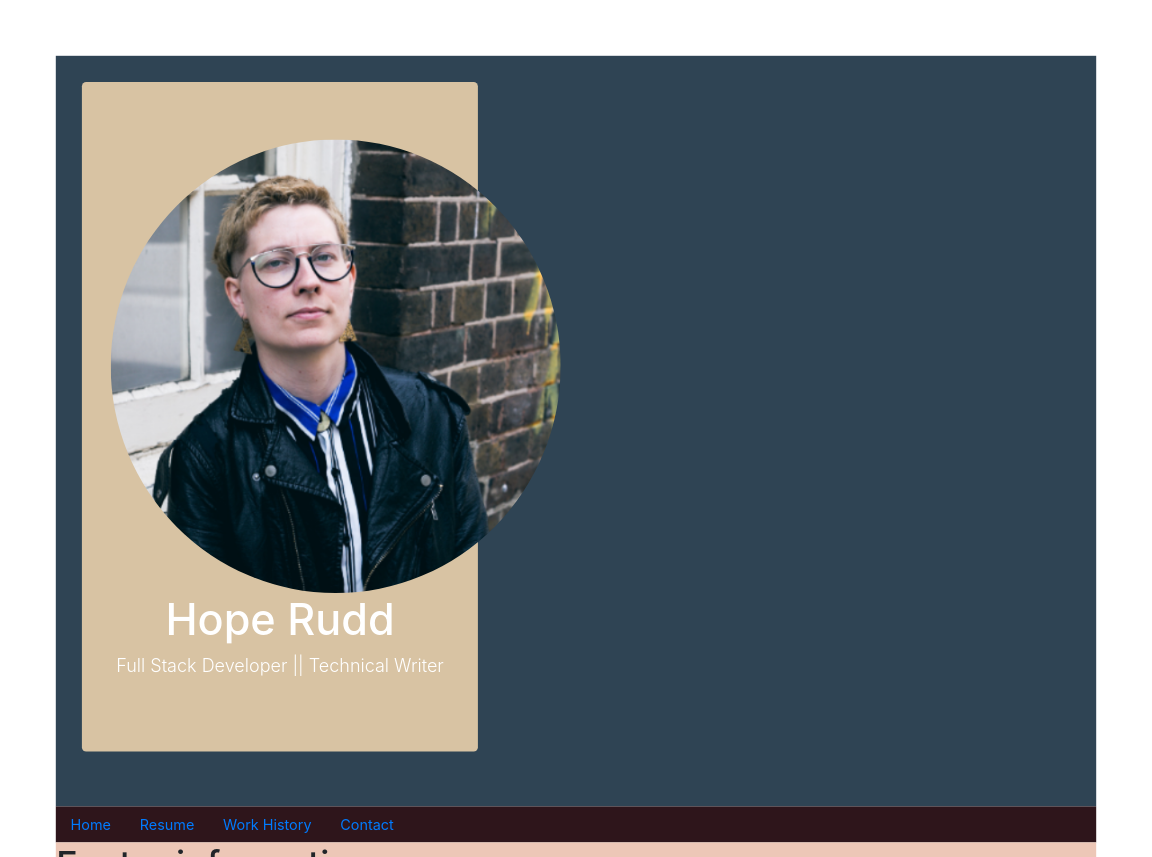
Repository: BleakTerrain/MilestoneProject-
Page: index.html
The author's editor kept a record of every edit. The page is drawn from the files as they stood at one moment, then again after the next edit.
The browser window is 1280 px wide. The pictures show the whole page, at 90% of full size.
Some web libraries are served in a nearby version.

Above is the page before.

After the next edit:
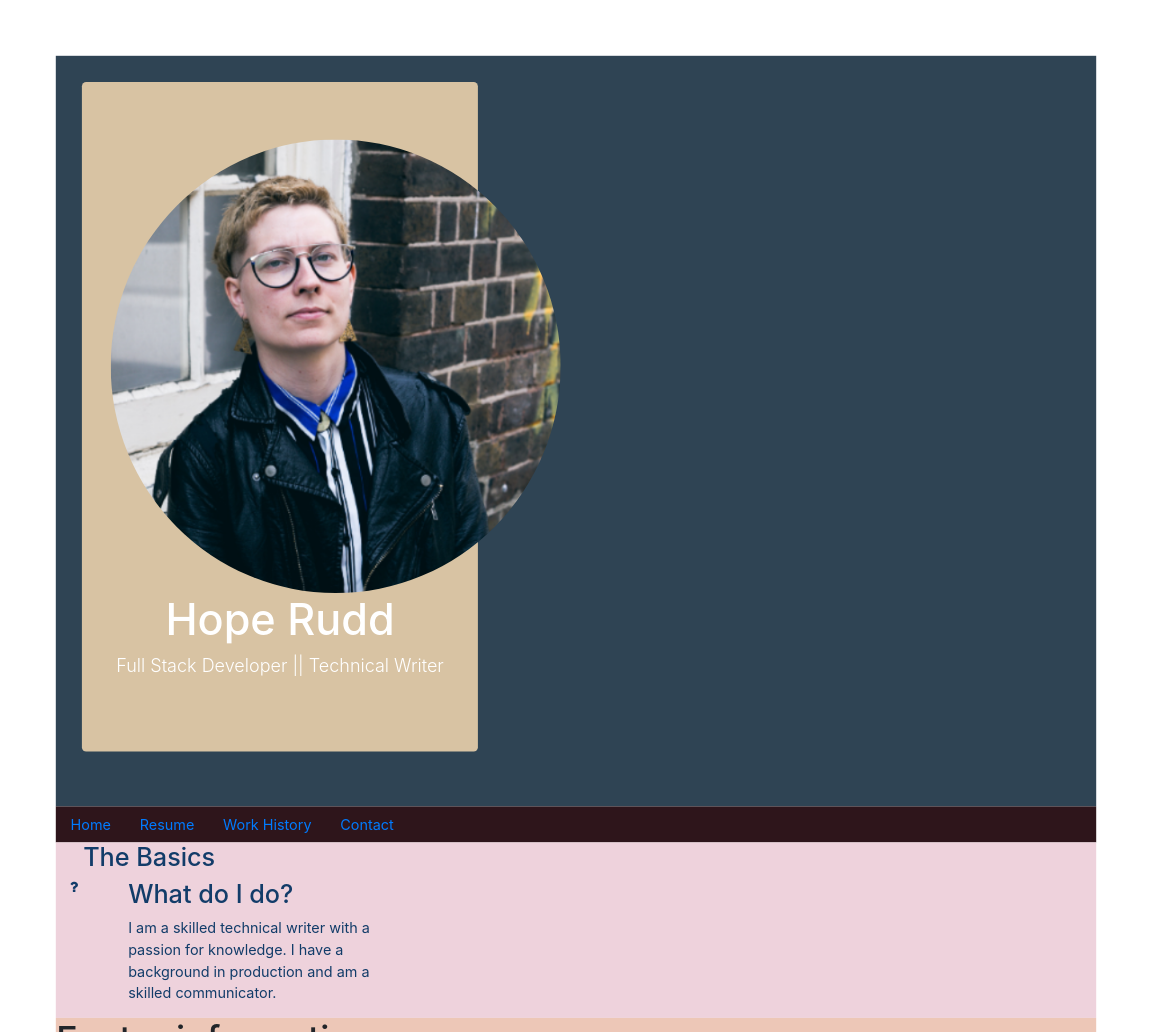
The edit:
--- a/index.html
+++ b/index.html
@@ -54,6 +54,27 @@
           </ul>
 
     <section class="main-text container-fluid">
+<div class="col-md-8 bg-color-three-reasons section-column">
+                    <div class="row">
+                        <div class="col">
+                            <h3 class= "section-heading uppercase"> The Basics</h3>
+                        </div>
+
+                        <div class="row">
+                            <div class="col-10 offset-1 offset-sm-0 col-sm-4 col-md-6">
+                                <div class="row">
+                                    <div class="col-2">
+                                        <i class= "three-reasons-too fa fa-question" aria-hidden ="true"></i>
+                                    </div>
+                                    <div class="col-10">
+                                        <h3 class= "three-reasons-header uppercase"> What do I do?</h3>
+                                        <p>
+                                            I am a skilled technical writer with a passion for knowledge.
+                                            I have a background in production and am a skilled communicator.
+                                        </p>
+                                    </div>
+                                </div>
+                            </div>
 
 
 
